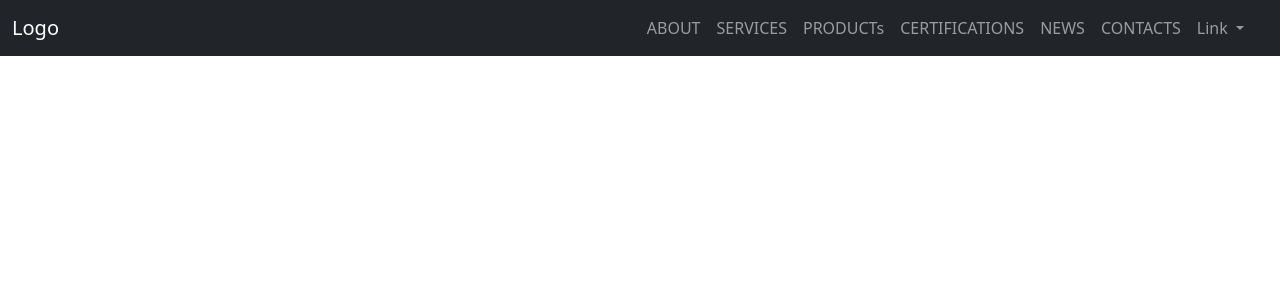
Repository: nourHellani/Buckler
Page: index.html
The author's editor kept a copy of each file at every save. The page is drawn from the files as they stood at one save, then again after the next save.
The browser window is 1280 px wide. The pictures show the whole page.

Above is the page before, as saved 2023-02-13 11:06:37.

### index.html
<!DOCTYPE html>
<html lang="en">
<head>
    <meta charset="UTF-8">
    <meta http-equiv="X-UA-Compatible" content="IE=edge">
    <meta name="viewport" content="width=device-width, initial-scale=1.0">
    <link href="https://cdn.jsdelivr.net/npm/bootstrap@5.2.3/dist/css/bootstrap.min.css" rel="stylesheet">
    <script src="https://cdn.jsdelivr.net/npm/bootstrap@5.2.3/dist/js/bootstrap.bundle.min.js"></script>

    <title>Buckler</title>
</head>
<body>

    <nav class="navbar navbar-expand-sm navbar-dark bg-dark">
        <div class="container-fluid">
          <a class="navbar-brand" href="javascript:void(0)">Logo</a>
          <button class="navbar-toggler" type="button" data-bs-toggle="collapse" data-bs-target="#mynavbar">
            <span class="navbar-toggler-icon"></span>
          </button>

            <form class="d-flex">
                <div class="collapse navbar-collapse" id="mynavbar">
                    <ul class="navbar-nav me-auto">
                      <li class="nav-item">
                        <a class="nav-link" href="javascript:void(0)">ABOUT</a>
                      </li>
                      <li class="nav-item">
                        <a class="nav-link" href="javascript:void(0)">SERVICES</a>
                      </li>
                      <li class="nav-item">
                        <a class="nav-link" href="javascript:void(0)">PRODUCTs</a>
                      </li>
                      <li class="nav-item">
                        <a class="nav-link" href="javascript:void(0)">CERTIFICATIONS</a>
                      </li>
                      <li class="nav-item">
                        <a class="nav-link" href="javascript:void(0)">NEWS</a>
                      </li>
                      <li class="nav-item">
                        <a class="nav-link" href="javascript:void(0)">CONTACTS</a>
                      </li>
                      <li class="nav-item dropdown">
                        <a class="nav-link dropdown-toggle" href="#" id="navbarScrollingDropdown" role="button" data-bs-toggle="dropdown" aria-expanded="false">
                          Link
                        </a>
                        <ul class="dropdown-menu" aria-labelledby="navbarScrollingDropdown">
                          <li><a class="dropdown-item" href="#">ENGLISH</a></li>
                          <li><a class="dropdown-item" href="#">ARABIC</a></li>
                        </ul>
                      </li>
                      <li class="nav-item">
                        <a class="nav-link" href="javascript:void(0)"><i class="fa fa-search"></i></a>
                      </li>

                    </ul>
            </form>
          </div>
        </div>
      </nav>

</body>
</html>

After the next save:
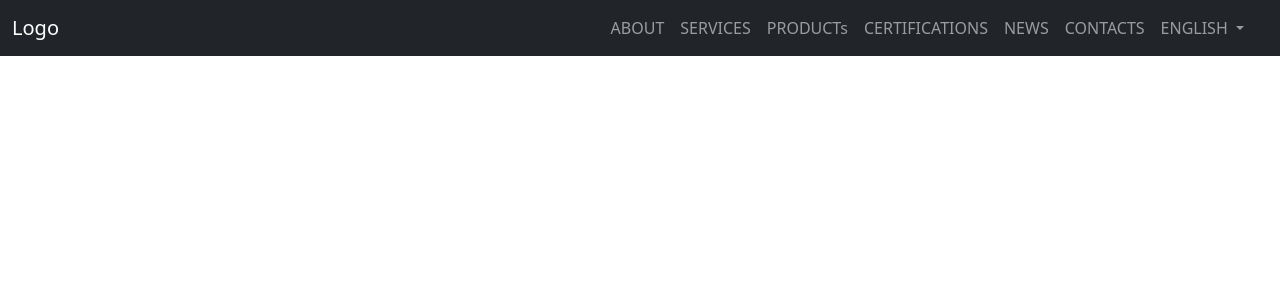
Saved 5 s later.
--- a/index.html
+++ b/index.html
@@ -41,7 +41,7 @@
                       </li>
                       <li class="nav-item dropdown">
                         <a class="nav-link dropdown-toggle" href="#" id="navbarScrollingDropdown" role="button" data-bs-toggle="dropdown" aria-expanded="false">
-                          Link
+                            ENGLISH
                         </a>
                         <ul class="dropdown-menu" aria-labelledby="navbarScrollingDropdown">
                           <li><a class="dropdown-item" href="#">ENGLISH</a></li>
